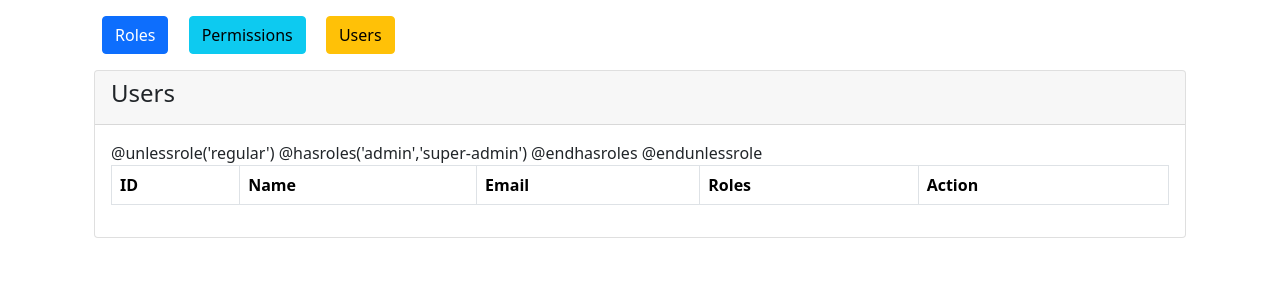
Repository: viisantos/permission_demo
Page: http://localhost/users
An editor plug-in stored every save of this project. The page is shown before and after a run of saves, followed by the edit.
The browser window is 1280 px wide. The pictures show the whole page.
The page is served by the project's Laravel application, run on PHP 8.4 with Laravel 10. Other server files are loaded and not shown. Queries for data that is not in the repository find no rows.

Above is the page before, as saved 2024-06-22 17:54:19.

### routes/web.php
<?php

use App\Http\Controllers\ProfileController;
use Illuminate\Support\Facades\Route;

/*
|--------------------------------------------------------------------------
| Web Routes
|--------------------------------------------------------------------------
|
| Here is where you can register web routes for your application. These
| routes are loaded by the RouteServiceProvider and all of them will
| be assigned to the "web" middleware group. Make something great!
|
*/

Route::get('/', function () {
    return view('welcome');
});

Route::get('/dashboard', function () {
    return view('dashboard');
})->middleware(['auth', 'verified'])->name('dashboard');

/*
Route::middleware('auth')->group(function () {

});*/

Route::group(['middleware' => ['role:super-admin|admin|regular']], function () {
    Route::get('/profile', [ProfileController::class, 'edit'])->name('profile.edit');
    Route::patch('/profile', [ProfileController::class, 'update'])->name('profile.update');
    Route::delete('/profile', [ProfileController::class, 'destroy'])->name('profile.destroy');
    Route::name('profile.destroy')->middleware('permission:delete role');
    Route::resource('permissions', App\Http\Controllers\PermissionController::class);
    //Route::get('permissions/{permissionId}/delete', [App\Http\Controllers\PermissionController::class, 'destroy']);
    Route::resource('roles', App\Http\Controllers\RoleController::class);
   // Route::get('roles/{roleId}/delete', [App\Http\Controllers\RoleController::class, 'destroy']);
    Route::get('roles/{role}/add-permissions', [App\Http\Controllers\RoleController::class, 'addPermissionToRole'])->name('roles.add-permissions');
    Route::put('roles/{role}/give-permissions', [App\Http\Controllers\RoleController::class, 'givePermissionToRole'])->name('roles.give-permissions');
    Route::resource('users', App\Http\Controllers\UserController::class);
    //Route::get('users/{userId}/delete', [App\Http\Controllers\UserController::class, 'destroy']);
});

require __DIR__.'/auth.php';

### app/Http/Controllers/UserController.php
<?php

namespace App\Http\Controllers;

use Illuminate\Http\Request;
use App\Models\User;
use Illuminate\Support\Facades\Hash;
use Spatie\Permission\Models\Role;

class UserController extends Controller
{
    public function __construct(){
        $this->middleware('permission:delete user', ['only' => ['destroy']]);
        $this->middleware('permission:update user', ['only' => ['update','edit']]);
        $this->middleware('permission:view user',   ['only' => ['index','show']]);
        $this->middleware('permission:create user', ['only' => ['create','store']]);
    }
    public function index(){
        $users = User::get();
        return view('role-permission.user.index', compact('users'));
    }

    public function create(){
        $roles = Role::pluck('name','name')->all();
        return view('role-permission.user.create', compact('roles'));
    }
    public function store(Request $request){
      /*
        $request->validate([
            'name' => 'required|string|max:255',
            'email' => 'required|email|max:255',
            'password' => 'required|string|min:8|max:20',
            'roles' => 'required'
        ]);*/


        $user = User::create([
            'name'  => $request->name,
            'email' => $request->email,
            'password' => Hash::make($request->password),
        ]);


        $user->syncRoles($request->roles);


        return redirect('/users')->with('status','User created successfully with roles');

    }

    public function edit(User $user){
        $roles = Role::pluck('name','name')->all();
        $userRoles = $user->roles->pluck('name','name')->all();
        return view('role-permission.user.edit', compact('user','roles','userRoles'));
    }

    public function update(Request $request, User $user){

        $data = [
            'name'  => $request->name,
            'email' => $request->email
        ];

        if(!empty($request->password)){
            $data += [
                'password' => Hash::make($request->password),
            ];
        }

        $user->update($data);
        $user->syncRoles($request->roles);

        return redirect('/users')->with('status','User updated successfully');
    }

    public function destroy(User $user){
        //$user = User::findOrFail($userId);
        $user->delete();
        return redirect('/users')->with('status','User deleted successfully');
    }
}

### resources/views/role-permission/user/index.blade.php
<head>
    <link href="https://cdn.jsdelivr.net/npm/bootstrap@5.3.2/dist/css/bootstrap.min.css" rel="stylesheet" integrity="sha384-T3c6CoIi6uLrA9TneNEoa7RxnatzjcDSCmG1MXxSR1GAsXEV/Dwwykc2MPK8M2HN" crossorigin="anonymous">
    <link rel="stylesheet" href="https://cdn.jsdelivr.net/npm/bootstrap@5.1.3/dist/css/bootstrap.min.css" />
</head>
@include('role-permission.nav-links')
<div class="container">
    <div class="row">
        <div class="col-md-12">
            @if(session('status'))
                <div class="alert alert-success">
                    {{ session('status') }}
                </div>
            @endif
            <div class="card mt-3">
                <div class="card-header">
                    <h4>Users</h4>
                    @can('create user')
                        <a href="{{ route('users.create') }}" class="btn btn-primary float-end">Add User</a>
                    @endcan
                </div>
                <div class="card-body">
                    <table class="table table-bordered table-striped">
                        <thead>
                            <tr>
                                <th>ID</th>
                                <th>Name</th>
                                <th>Email</th>
                                <th>Roles</th>

                                @unlessrole('regular')
                                    @hasroles('admin','super-admin')
                                        <th>Action</th>
                                    @endhasroles
                                @endunlessrole

                            </tr>
                        </thead>
                        <tbody>
                            @foreach($users as $user)
                                <tr>
                                    <td>{{ $user->id }}</td>
                                    <td>{{ $user->name }}</td>
                                    <td>{{ $user->email }}</td>
                                    <td>
                                        @if(!empty($user->getRoleNames()))
                                            @foreach($user->getRoleNames() as $rolename)
                                                <label class="badge bg-primary mx-1">{{ $rolename }}</label>
                                            @endforeach
                                        @endif
                                    </td>
                                    @unlessrole('regular')
                                        @hasrole('admin')
                                            <td>
                                                @can('update user')
                                                    <a href="{{ route('users.edit', ['user' => $user->id]) }}" class="btn btn-success">Edit</a>
                                                @endcan
                                                @can('delete user')
                                                    <form action="{{ route('users.destroy', $user->id) }}" method="POST" style="display: inline;">
                                                        @csrf
                                                        @method('DELETE')
                                                        <button type="submit" class="btn btn-danger">Delete</button>
                                                    </form>
                                                @endcan
                                            </td>
                                        @endhasrole
                                    @endunlessrole
                                </tr>
                            @endforeach
                        </tbody>
                    </table>
                </div>
            </div>
        </div>
    </div>
</div>

### resources/views/role-permission/nav-links.blade.php
<div class="container mt-3">
    <a href="{{ route('roles.index') }}" class="btn btn-primary mx-2">Roles</a>
    <a href="{{ route('permissions.index') }}" class="btn btn-info mx-2">Permissions</a>
    <a href="{{ route('users.index') }}" class="btn btn-warning mx-2">Users</a>
</div>

Loaded but not shown: routes/auth.php (common file); app/Http/Controllers/Auth/EmailVerificationPromptController.php (common file); app/Http/Controllers/Controller.php (common file); app/Http/Controllers/Auth/VerifyEmailController.php (common file); app/Models/User.php (common file)

After the next 3 saves:
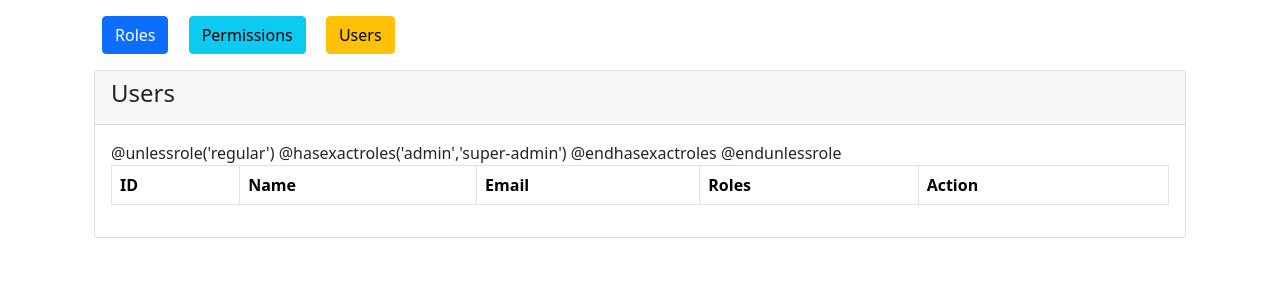
The 3 saves are shown as one change because they came seconds apart.
The last was saved 13 s later.
--- a/resources/views/role-permission/user/index.blade.php
+++ b/resources/views/role-permission/user/index.blade.php
@@ -28,9 +28,9 @@
                                 <th>Roles</th>
 
                                 @unlessrole('regular')
-                                    @hasroles('admin','super-admin')
+                                    @hasexactroles('admin','super-admin')
                                         <th>Action</th>
-                                    @endhasroles
+                                    @endhasexactroles
                                 @endunlessrole
 
                             </tr>
